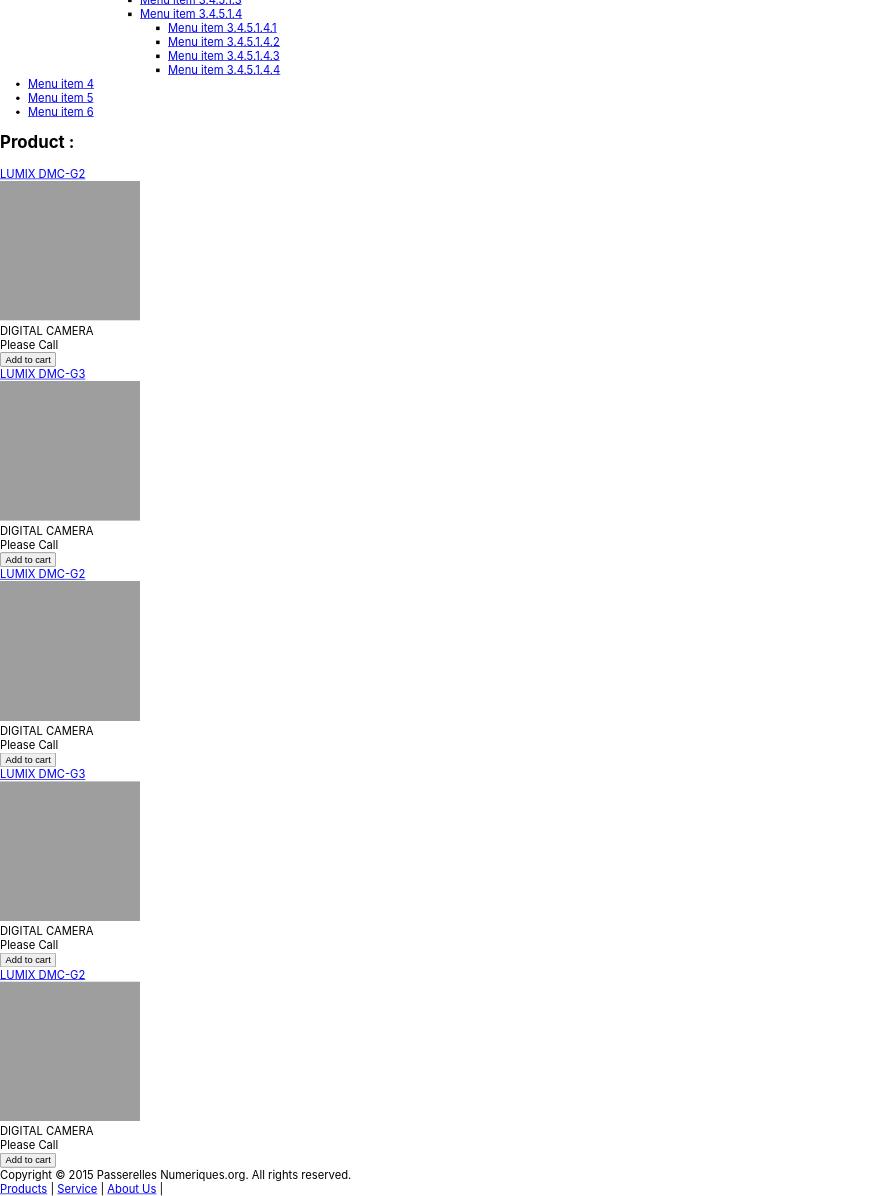
Repository: yha24/Camerashop
Page: /
The author's editor kept a copy of each file at every save. The page is drawn from the files as they stood at one save, then again after a run of saves.
The browser window is 1280 px wide. The pictures show the part of the page from y = 810 to 2730 px (the page is 2518 px tall before and 2730 px after), at 70% of full size.
Pictures or frames that could not be fetched are drawn as grey boxes. The project was rebuilt for these pictures with package versions that can differ from the ones it lists, and the page was loaded fresh each time. Also part of the build but not shown: src/Components/App/App.css.

Above is the page before, as saved 2023-04-25 16:02:05.

After the next 6 saves:
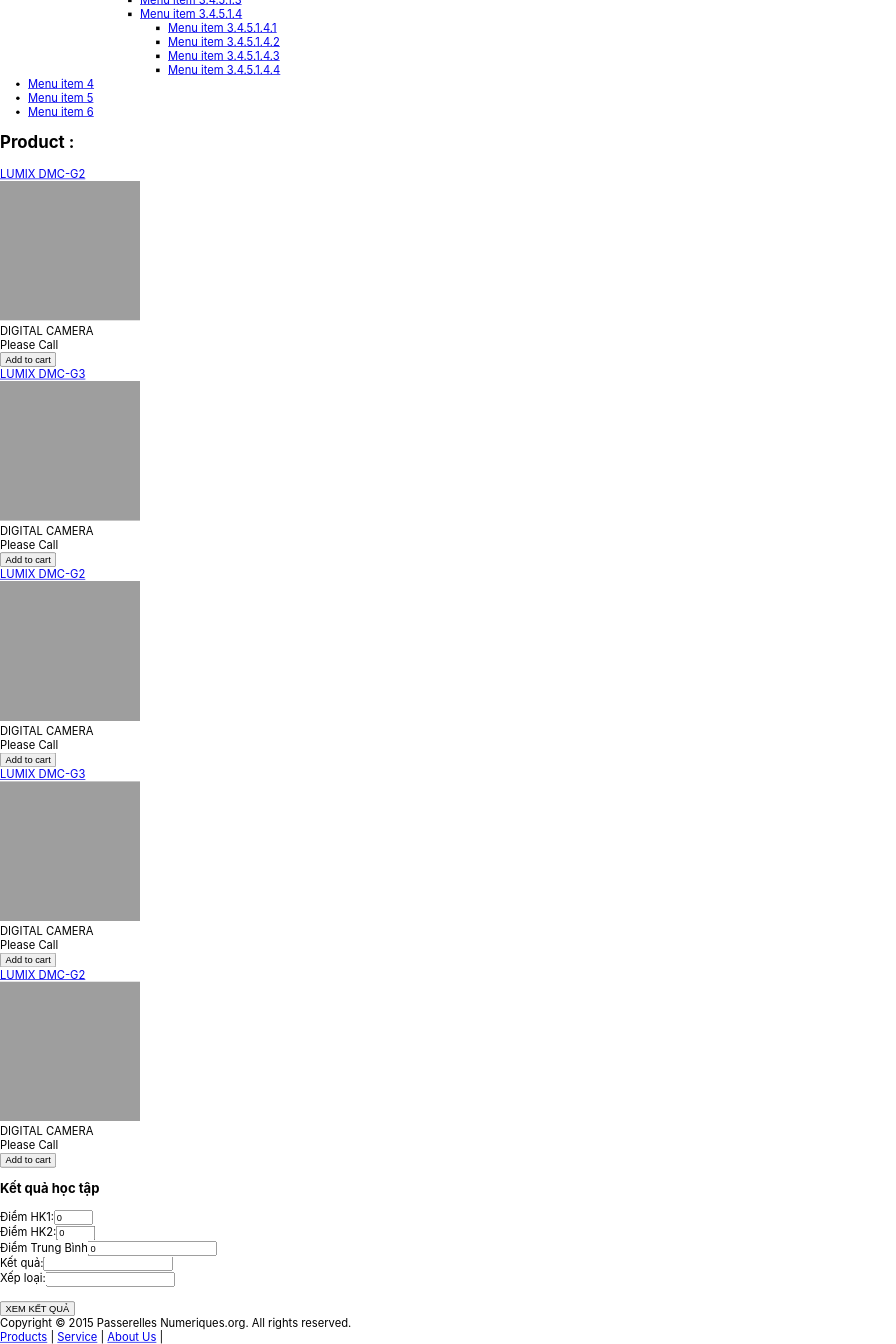
The 6 saves are shown as one change because 2 did not build or start and some came seconds apart.
The last was saved 61 s later.
--- a/src/index.js
+++ b/src/index.js
@@ -5,6 +5,7 @@
 import Footer from './Components/Footer/Footer';
 import App from './Components/App/App';
 import reportWebVitals from './reportWebVitals';
+import From from './Components/body/Form';
 // import RightContent from './components/Content/RightContent';
 
 
@@ -15,7 +16,7 @@
   <React.StrictMode>
      <Header></Header>
     <App></App>
-
+    <From></From>
     <Footer></Footer>
 
 
